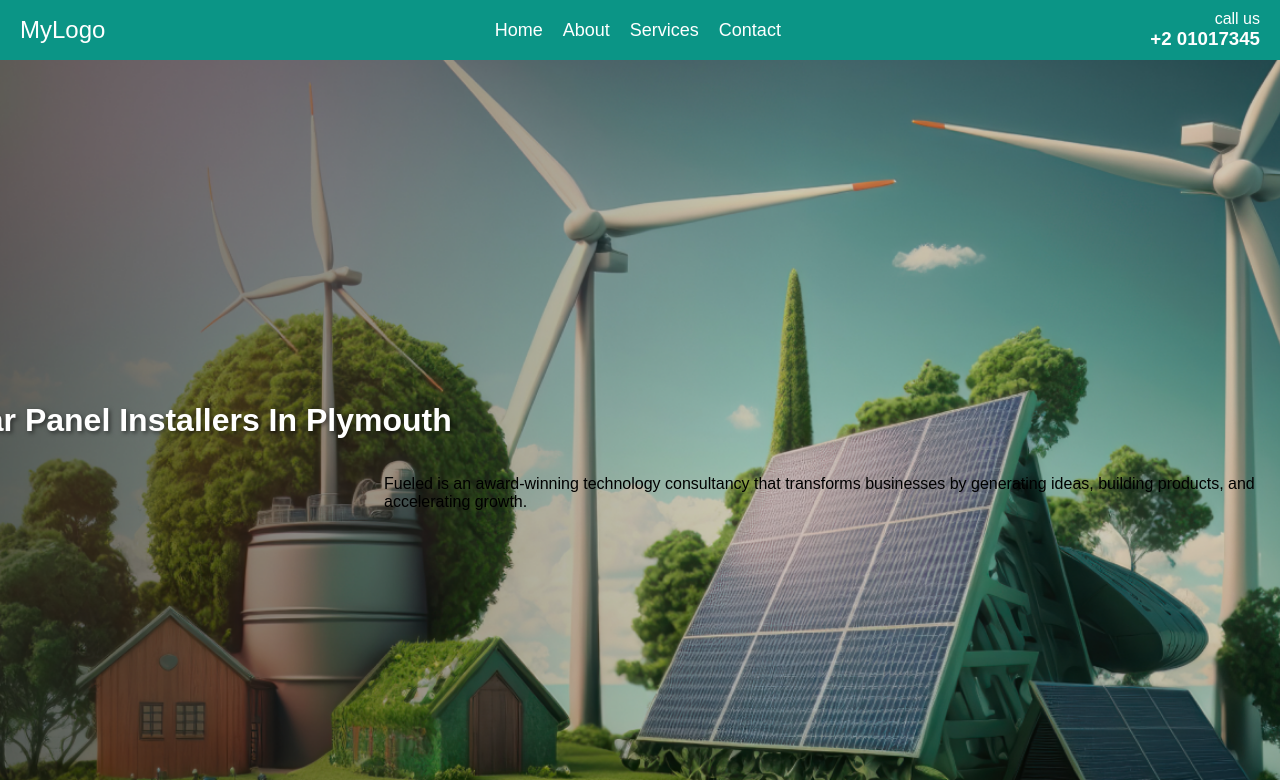
Repository: MaramNabil872/Landing-Page
Page: landingPage.html
The author's editor kept a copy of each file at every save. The page is drawn from the files as they stood at one save, then again after the next save.
The browser window is 1280 px wide. The pictures show the whole page.

Above is the page before, as saved 2024-10-20 20:26:27.

### landingPage.html
<!DOCTYPE html>
<html lang="en">
    <head>
        <meta charset="UTF-8" />
        <meta name="viewport" content="width=device-width, initial-scale=1.0" />
        <title>Landing Page</title>
        <link rel="stylesheet" href="landingPage.css" />
    </head>
    <body>
        <nav class="navbar">
            <div class="logo">MyLogo</div>

            <ul class="nav-links">
                <li><a href="#home">Home</a></li>
                <li><a href="#about">About</a></li>
                <li><a href="#services">Services</a></li>
                <li><a href="#contact">Contact</a></li>
            </ul>
            <div class="call">
                <p>call us</p>
                <h3>+2 01017345</h3>
            </div>
        </nav>

        <div class="image-container">
            <img
                src="images/solar-panels-meadow 1.png"
                alt="Background Image"
                class="background-image"
            />
            <div class="main-text">
                <h2 class="text-wallpaper">
                    Solar Panel Installers In Plymouth
                </h2>
                <br />
                <p class="text-paragraph">
                    Fueled is an award-winning technology consultancy that
                    transforms businesses by generating ideas, building
                    products, and accelerating growth.
                </p>
            </div>
        </div>
    </body>
</html>

### landingPage.css
* {
    margin: 0;
    padding: 0;
    box-sizing: border-box; /* Added for consistent sizing */
}

body {
    font-family: Arial, sans-serif;
}

.navbar {
    background-color: #0b9586;
    display: flex;
    justify-content: space-between;
    align-items: center;
    padding: 10px 20px;
    position: relative;
    flex-wrap: wrap; /* Allow items to wrap on smaller screens */
}

.logo {
    color: #fff;
    font-size: 24px;
}

.nav-links {
    list-style: none;
    display: flex;
    flex-wrap: wrap; /* Allow links to wrap on smaller screens */
}

.nav-links li {
    margin-left: 20px;
}

.nav-links a {
    text-decoration: none;
    color: white;
    font-size: 18px;
    transition: color 0.3s;
}

.nav-links a:hover {
    color: #f0a500;
}

.call {
    color: #fff;
    text-align: right; /* Align text to the right */
}

.image-container {
    position: relative;
    width: 100%;
    height: 100vh; /* Full screen height */
    overflow: hidden; /* Hide overflow */
}

.background-image {
    width: 100%;
    height: 100%;
    object-fit: cover; /* Ensure the image covers the entire container */
}
.main-text{
    position: absolute;
    top: 50%;
    left: 30%;
}
.text-wallpaper {

    transform: translate(-50%, -50%);
    color: white;
    font-size: 2rem;
    font-weight: bold;
    text-shadow: 2px 2px 4px rgba(0, 0, 0, 0.5);
}

/* Media Queries for Responsiveness */
@media (max-width: 768px) {
    .navbar {
        flex-direction: column; /* Stack items vertically */
        align-items: flex-start; /* Align items to the left */
    }

    .nav-links {
        margin-top: 10px; /* Space between navbar and links */
    }

    .nav-links li {
        margin-left: 0;
        margin-bottom: 10px; /* Space between links */
    }

    .text-overlay {
        font-size: 1.5rem; /* Smaller text size for mobile */
    }
}

@media (max-width: 480px) {
    .text-overlay {
        font-size: 1.2rem; /* Even smaller text size for very small screens */
    }

    .call h3 {
        font-size: 1.2rem; /* Adjust call size for small screens */
    }
}

After the next save:
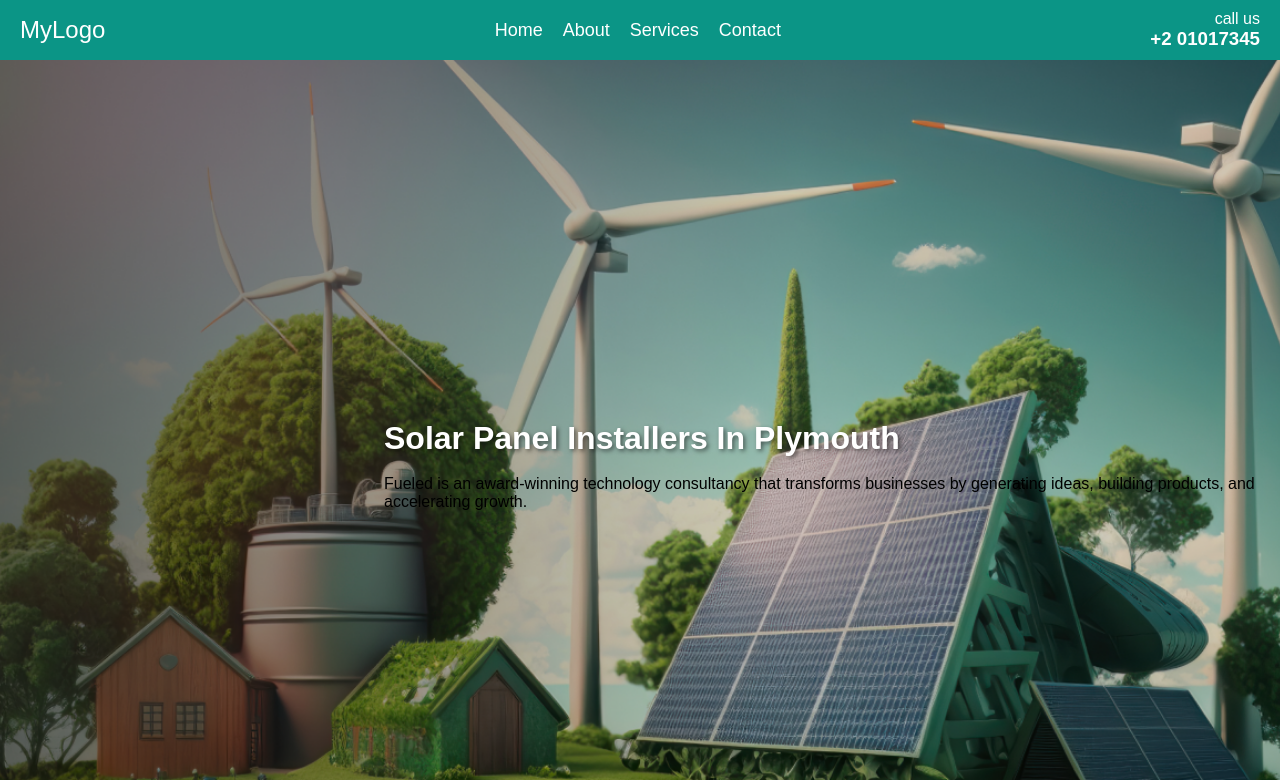
Saved 16 s later.
--- a/landingPage.css
+++ b/landingPage.css
@@ -68,7 +68,7 @@ body {
 }
 .text-wallpaper {
 
-    transform: translate(-50%, -50%);
+
     color: white;
     font-size: 2rem;
     font-weight: bold;
